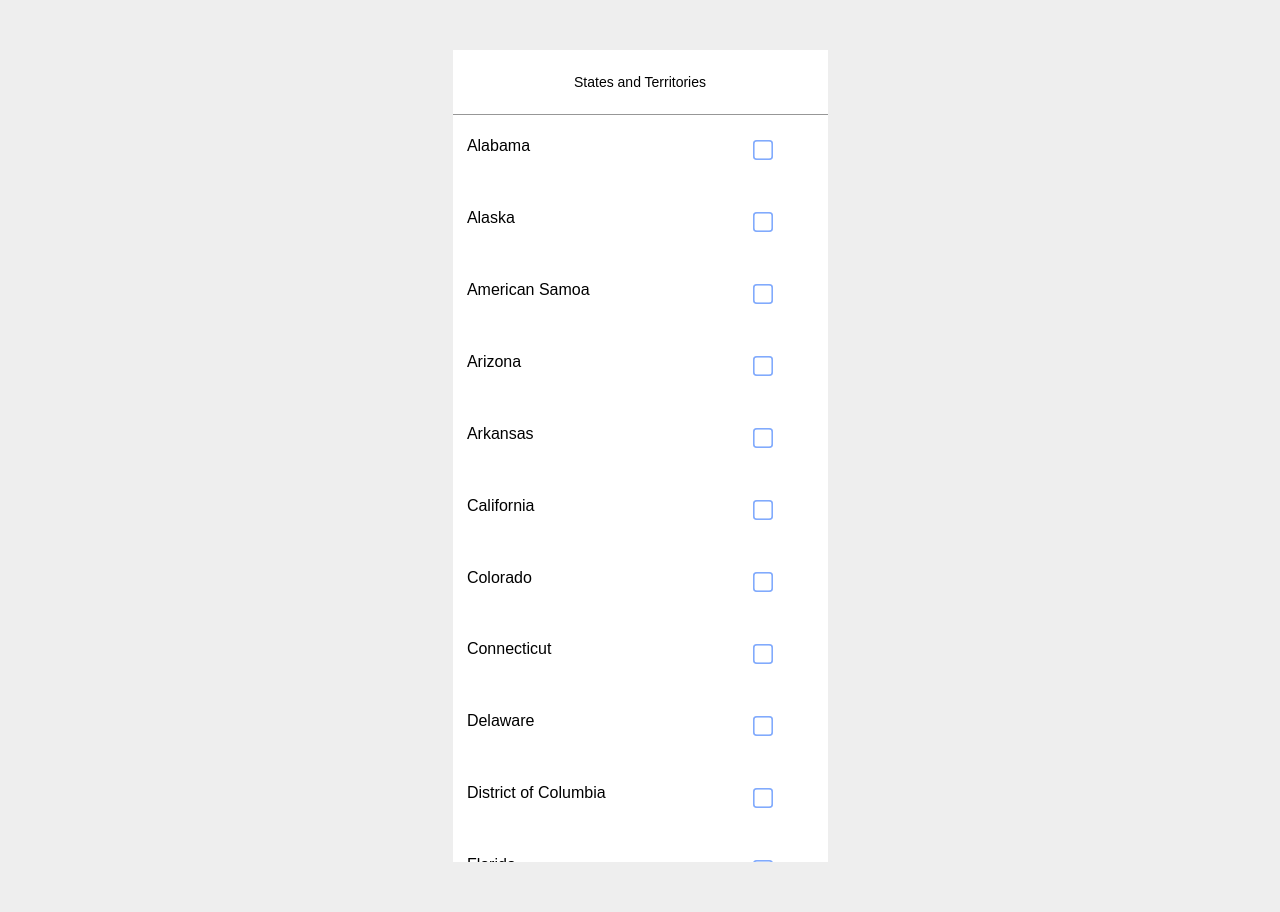
Repository: zitac234/codingTest
Page: /
The author's editor kept a copy of each file at every save. The page is drawn from the files as they stood at one save, then again after a run of saves.
The browser window is 1280 px wide. The pictures show the whole page.
The project was rebuilt for these pictures with package versions that can differ from the ones it lists, and the page was loaded fresh each time.

Above is the page before, as saved 2021-03-31 15:24:21.

### src/index.css
body {
  margin: 0;
  font-family: 'Arial', sans-serif;
  -webkit-font-smoothing: antialiased;
  -moz-osx-font-smoothing: grayscale;
  background-color: #eee;
}

### src/Header.js
import "./Header.css";

export function Header() {
  return (
    <header className="header">
      <span className="title">States and Territories</span>
    </header>
  );
}

### src/List.js
import { Fragment } from "react";
import { Checkbox } from "./Checkbox";
import "./List.css";
export function List(props) {
  return (
    <div className="list">
      {props.items.map((item) => (
        <Fragment key={item}>
          <div className='line'>
            <div className='state'>{item}</div><div className='checkbox'><Checkbox/></div><br />
          {/* You also have <Checkbox selected={false} /> */}
          </div>
          </Fragment>
      ))}
    </div>
  );
}

### src/_data.js
export const data = [
  "Alabama",
  "Alaska",
  "American Samoa",
  "Arizona",
  "Arkansas",
  "California",
  "Colorado",
  "Connecticut",
  "Delaware",
  "District of Columbia",
  "Florida",
  "Georgia",
  "Guam",
  "Hawaii",
  "Idaho",
  "Illinois",
  "Indiana",
  "Iowa",
  "Kansas",
  "Kentucky",
  "Louisiana",
  "Maine",
  "Maryland",
  "Massachusetts",
  "Michigan",
  "Minnesota",
  "Mississippi",
  "Missouri",
  "Montana",
  "Nebraska",
  "Nevada",
  "New Hampshire",
  "New Jersey",
  "New Mexico",
  "New York",
  "North Carolina",
  "North Dakota",
  "Northern Mariana Islands",
  "Ohio",
  "Oklahoma",
  "Oregon",
  "Pennsylvania",
  "Puerto Rico",
  "Rhode Island",
  "South Carolina",
  "South Dakota",
  "Tennessee",
  "Texas",
  "Utah",
  "Vermont",
  "Virgin Islands",
  "Virginia",
  "Washington",
  "West Virginia",
  "Wisconsin",
  "Wyoming"
]

### src/Header.css
.header {
  width: 100%;
  font-size: 14px;
  display: flex;
  border-bottom: 1px solid #979797;
}

.title {
  line-height: 24px;
  margin: 20px auto;
}

### src/Checkbox.js
import selected from "./Checkbox-Filled.svg";
import unselected from "./Checkbox-Empty.svg";

export function Checkbox(props) {
  return (
    <img
      width={20}
      height={20}
      src={props.selected ? selected : unselected}
      alt={`Checkbox ${selected ? "selected" : "unselected"}`}
    />
  );
}

### src/List.css
.list {
  flex: 1;
  overflow: auto;
}
.line{
  height: 7vh;
  margin-top: 3vh;
}
.checkbox{
  margin-left: 80%;
  margin-top: -2vh;
}
.state{
  margin-left: 2vh;
}

Loaded but not shown: public/index.html (common file); src/index.js (common file); src/App.js (common file); src/App.css (common file)

After the next 3 saves:
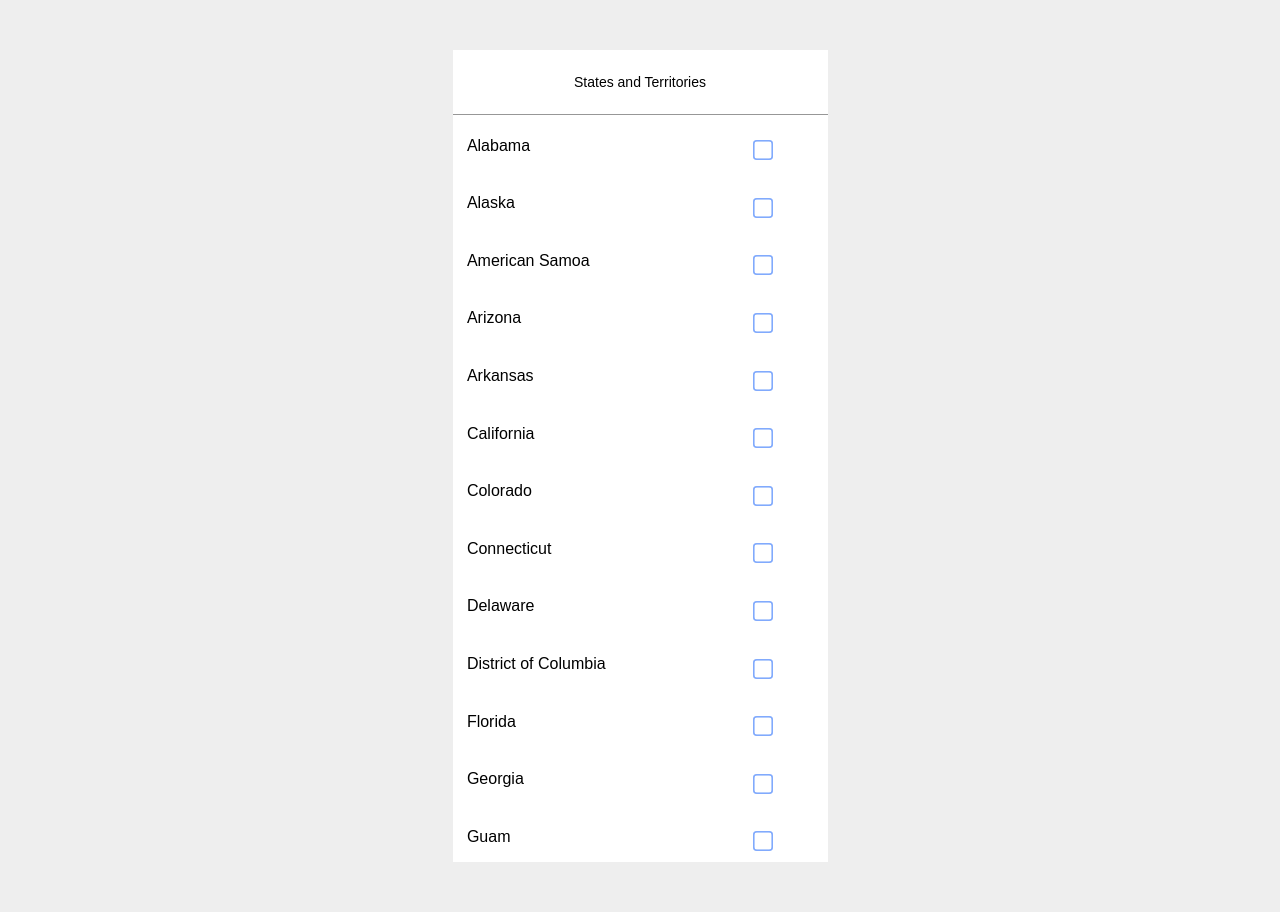
The 3 saves are shown as one change because they came seconds apart.
The last was saved 18 s later.
--- a/src/List.css
+++ b/src/List.css
@@ -3,7 +3,7 @@
   overflow: auto;
 }
 .line{
-  height: 7vh;
+  height: 5vh;
   margin-top: 3vh;
 }
 .checkbox{
